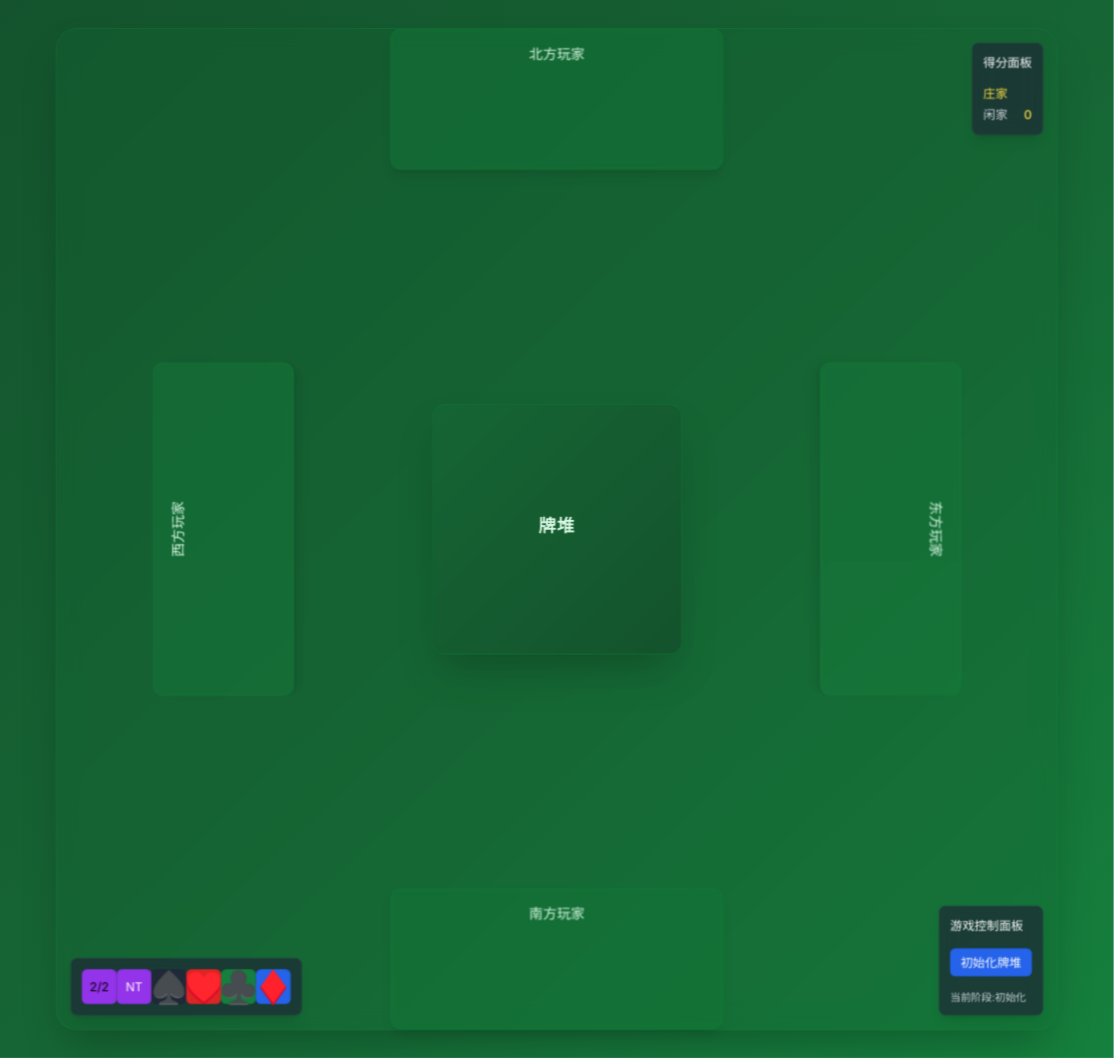
Repository: laofansay/Tractor80
Page: /
The author's editor kept a copy of each file at every save. The page is drawn from the files as they stood at one save, then again after the next save.
The browser window is 1280 px wide. The pictures show the whole page, at 87% of full size.
The project was rebuilt for these pictures with package versions that can differ from the ones it lists, and the page was loaded fresh each time. The framework's server and built-in components were replaced by stand-ins that run in the browser. Also part of the build but not shown: next.config.js, app/components/Card.tsx.

Above is the page before, as saved 2025-03-09 00:30:25.

After the next save:
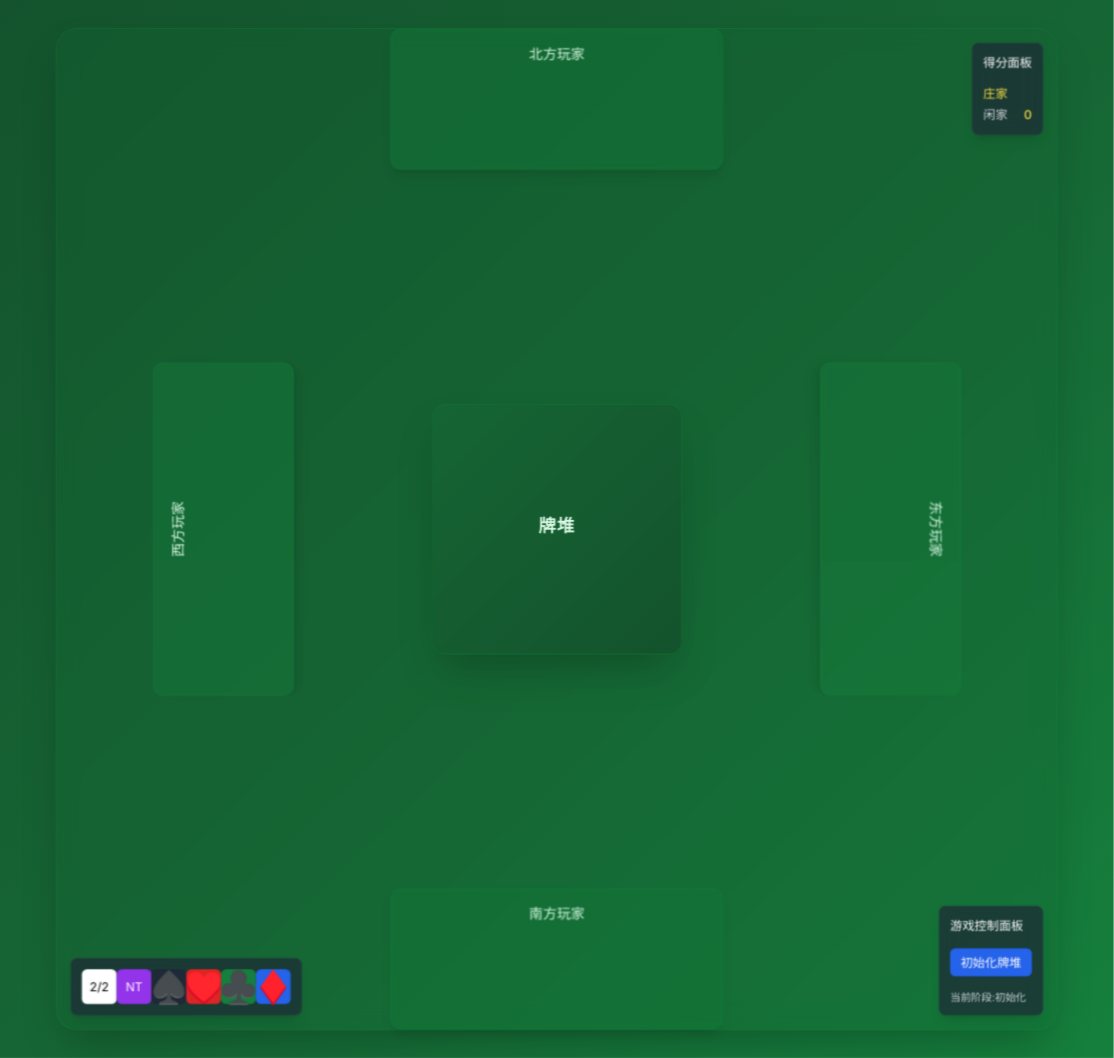
Saved 11 s later.
--- a/app/components/TrumpSelectionPanel.tsx
+++ b/app/components/TrumpSelectionPanel.tsx
@@ -19,7 +19,7 @@ export function TrumpSelectionPanel({ onSelectTrump, gamePhase }: TrumpSelection
 
         <button
           onClick={() => onSelectTrump(null)}
-          className="w-10 h-10 bg-purple-600 hover:bg-purple-500 text-black rounded-md transition-colors text-sm flex items-center justify-center"
+          className="w-10 h-10 bg-white hover:bg-purple-500 text-black rounded-md transition-colors text-sm flex items-center justify-center"
           title="升级"
         >
           2/2
